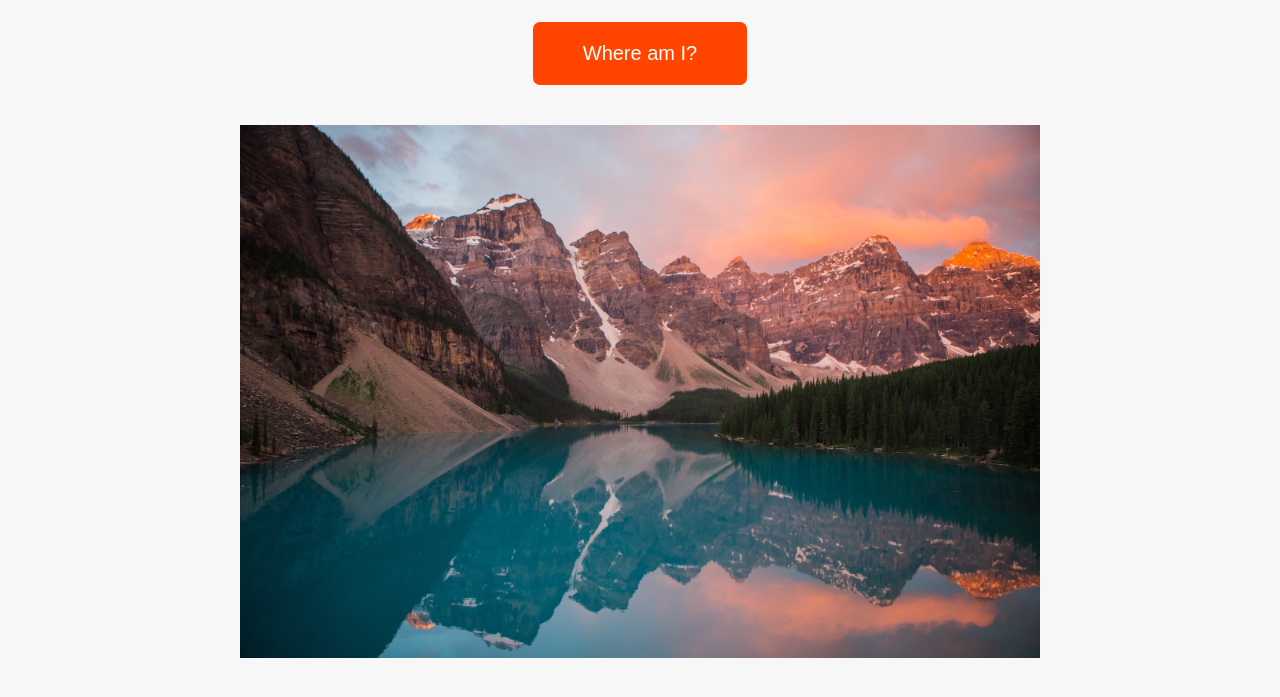
Repository: otvertka/jsc_16
Page: index.html
An editor plug-in stored every save of this project. The page is shown before and after the next save, followed by the edit.
The browser window is 1280 px wide. The pictures show the whole page.

Above is the page before, as saved 2023-03-17 13:37:41.

After the next save:
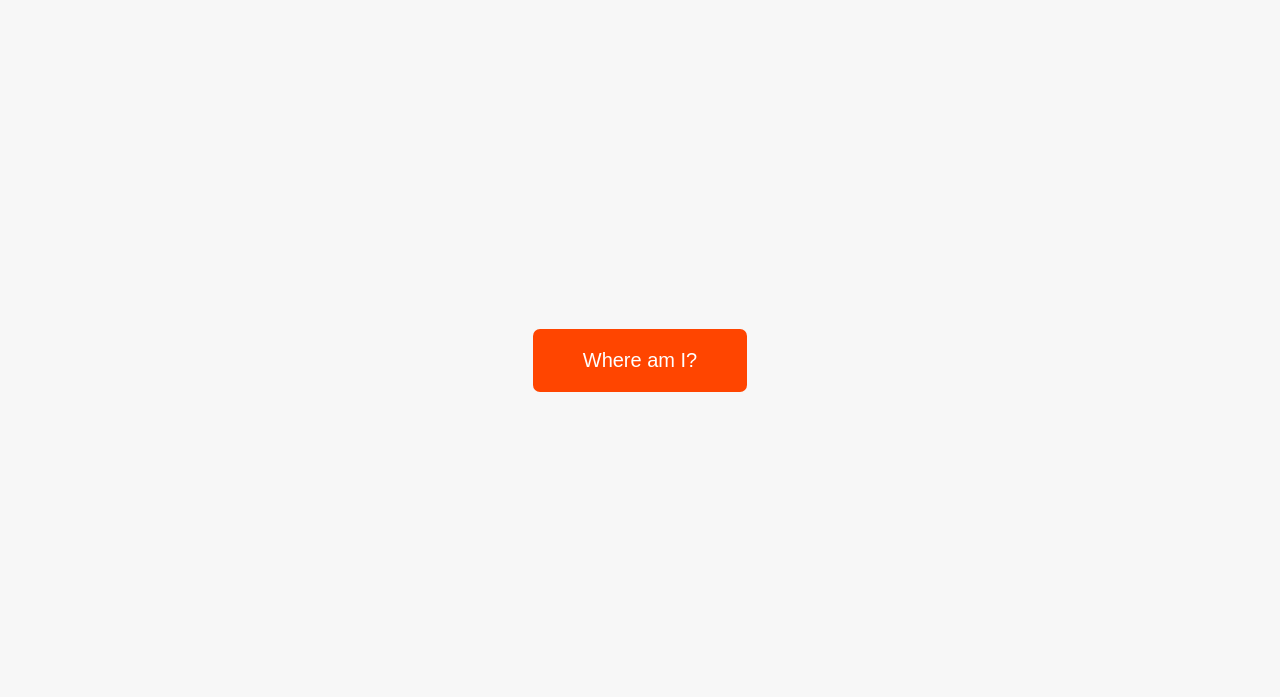
Not found: img/img-5.jpg
Saved 25 s later.
--- a/script.js
+++ b/script.js
@@ -461,7 +461,7 @@
     console.log('Image2 loaded');
     await wait(2);
     img.style.display = 'none';
-    img = await createImage('img/img-3.jpg');
+    img = await createImage('img/img-5.jpg');
     console.log('Image3 loaded');
     await wait(3);
     img.style.display = 'none';

After the 2 saves that followed:
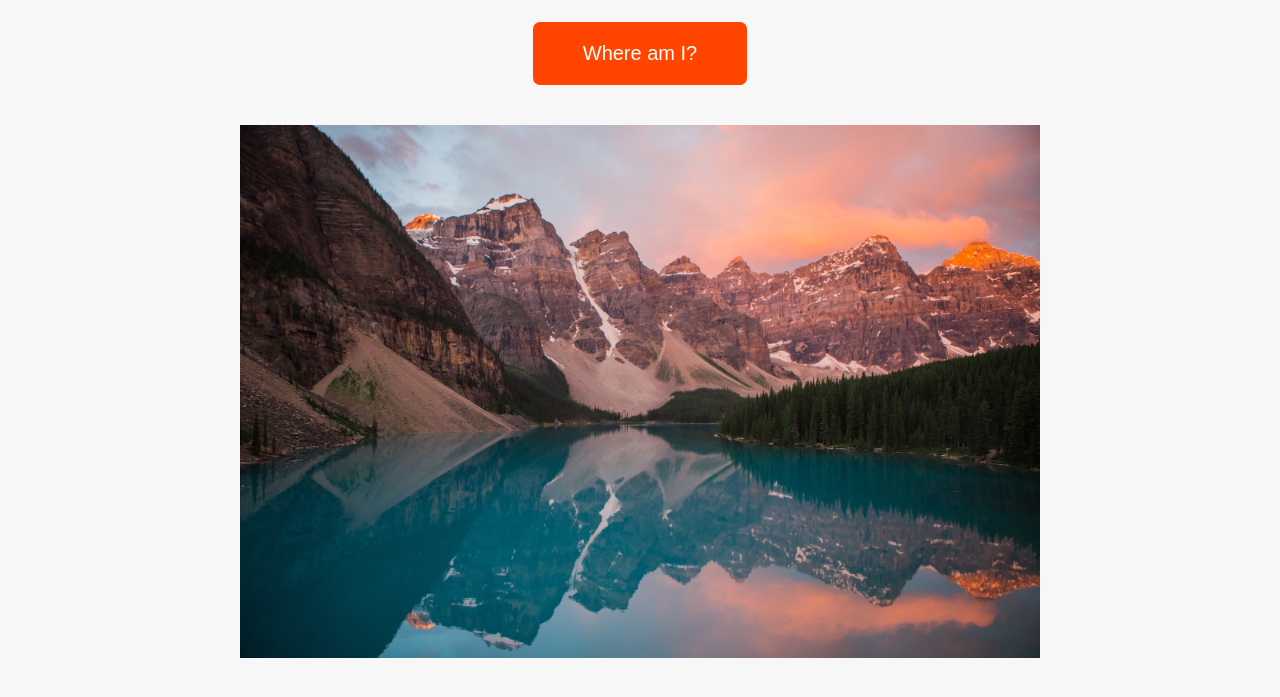
The 2 saves are shown as one change because 1 left the picture as it was.
The last was saved 55 s later.
--- a/script.js
+++ b/script.js
@@ -461,7 +461,7 @@
     console.log('Image2 loaded');
     await wait(2);
     img.style.display = 'none';
-    img = await createImage('img/img-5.jpg');
+    img = await createImage('img/img-3.jpg');
     console.log('Image3 loaded');
     await wait(3);
     img.style.display = 'none';
